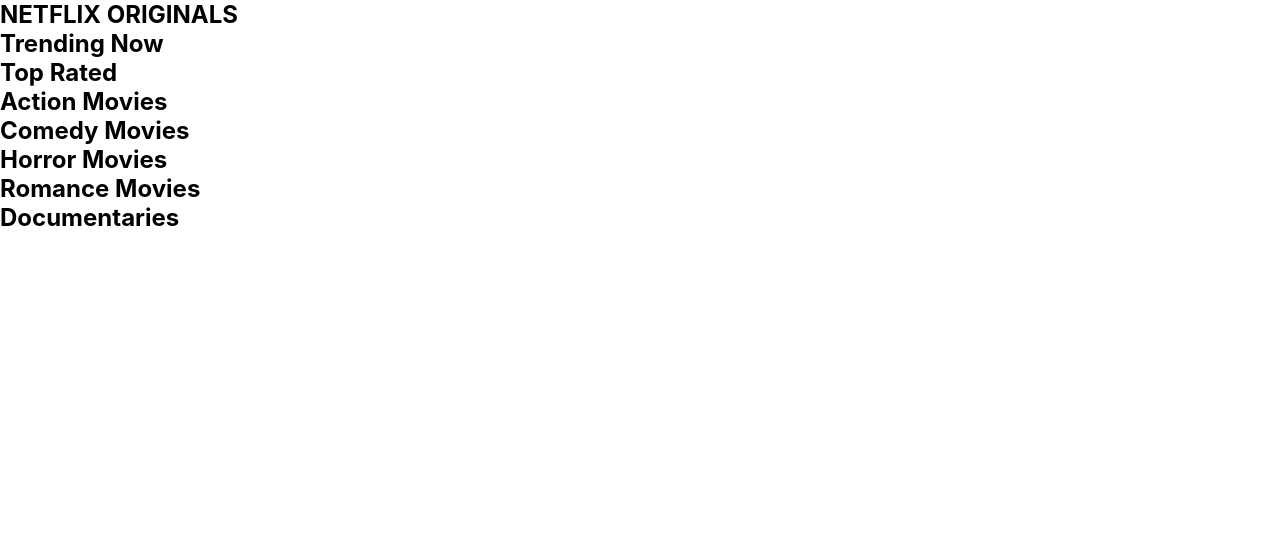
Repository: Aabhash45/Netflix-Clone
Page: /
The author's editor kept a copy of each file at every save. The page is drawn from the files as they stood at one save, then again after the next save.
The browser window is 1280 px wide. The pictures show the whole page.
The page's requests for data from a server got no answer. The project was rebuilt for these pictures with package versions that can differ from the ones it lists, and the page was loaded fresh each time. No one was signed in, and anything a server would have sent is missing.

Above is the page before, as saved 2021-03-31 22:16:42.

After the next save:
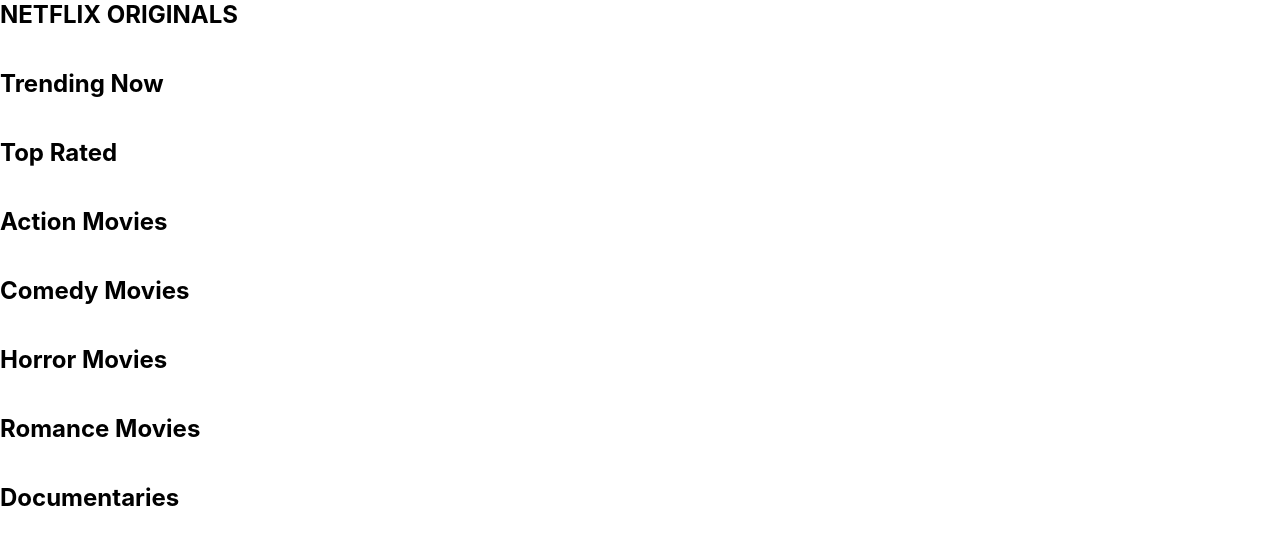
Saved 23 s later.
--- a/src/Row.js
+++ b/src/Row.js
@@ -23,10 +23,10 @@
     <div className="row">
       <h2>{title}</h2>
 
-      <div className={`row_posters`}>
+      <div className={`row__posters`}>
         {
           movies.map((movie)=>{
-            return <img key={movie.id} className={`row_poster ${isLargeRow && "row__posterLarge"}` } src={`${base_url}${isLargeRow? movie.poster_path:movie.backdrop_path}`} alt={movie.name}/>
+            return <img key={movie.id} className={`row__poster ${isLargeRow && "row__posterLarge"}` } src={`${base_url}${isLargeRow? movie.poster_path:movie.backdrop_path}`} alt={movie.name}/>
           })
         }
       </div>
